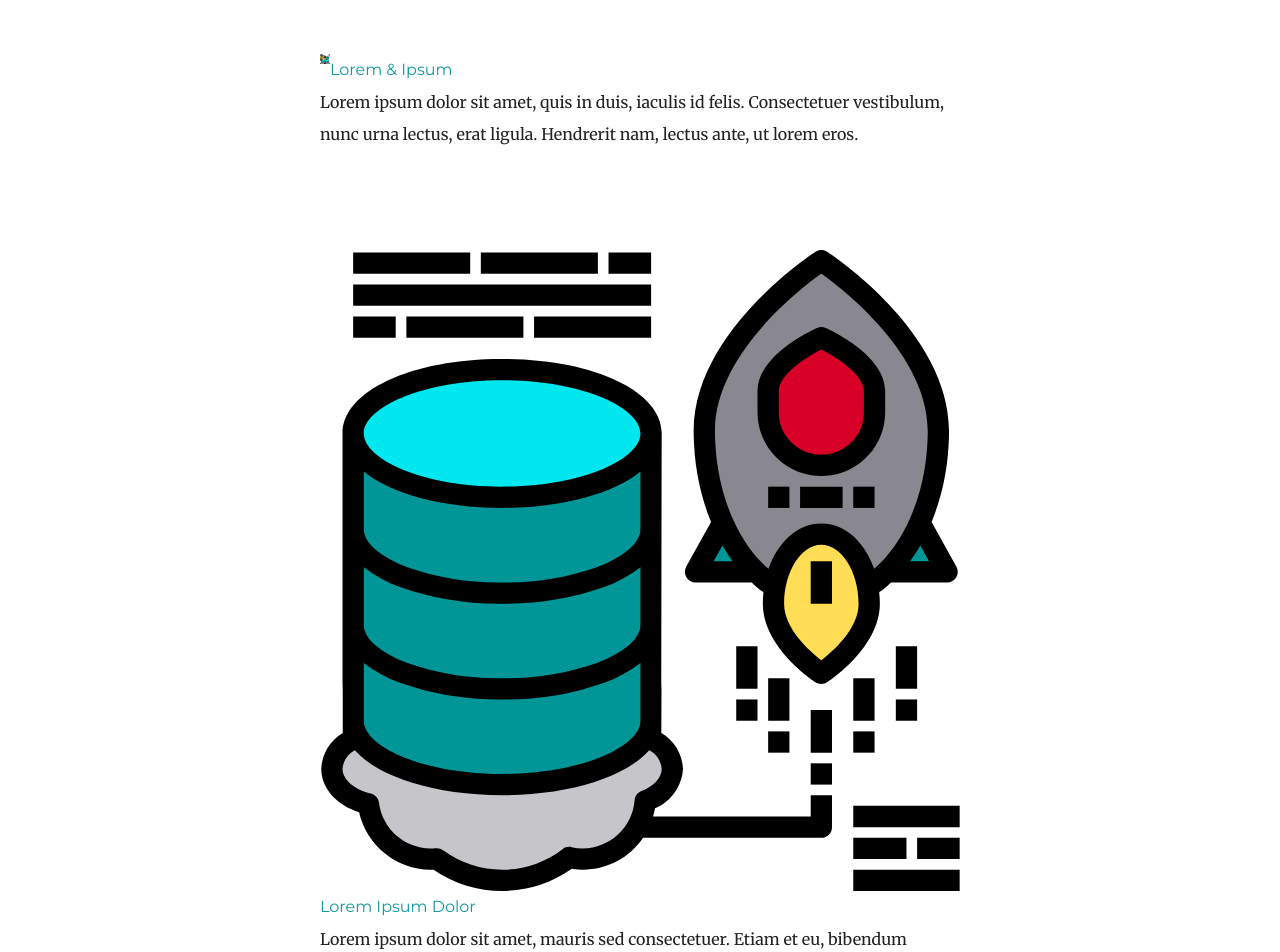
Repository: Isanderr/simple_landing_page-1
Page: index.html
The author's editor kept a copy of each file at every save. The page is drawn from the files as they stood at one save, then again after the next save.
The browser window is 1280 px wide. The pictures show the part of the page from y = 1090 to 2042 px (the page is 2309 px tall before and 1828 px after).
A picture or video elsewhere on the page could not be fetched, so the positions and the page height are approximate.

Above is the page before, as saved 2019-01-31 22:52:15.

### index.html
<!DOCTYPE html>
<html lang="en">

    <head>
        <meta charset="UTF-8">
        <meta name="viewport" content="width=device-width, initial-scale=1.0">
        <meta http-equiv="X-UA-Compatible" content="ie=edge">
        <title>CendrowskiL</title>
        <link rel="stylesheet" href="css/reset.css">
        <link rel="stylesheet" href="css/styles.css">
        <link rel="shortcut icon" href="img/favicon.ico" type="image/x-icon">
        <link href="https://fonts.googleapis.com/css?family=Merriweather|Montserrat|Sacramento" rel="stylesheet">
    </head>

    <body>
    </body>
    <div class="top-container">
        <img class="top-cloud" src="img/cloud.png" alt="cloud-image">
        <h1>I'm Luke</h1>
        <h2>a <span class="pro">pro</span>grammer.</h2>
        <img class="bottom-cloud" src="img/cloud.png" alt="cloud-image">
        <img src="img/mountain.png" alt="mountain-image">
    </div>
    <div class="middle-container">
        <div class="profile">
            <img src="img/man.svg" alt="man" class="man-img">
            <h2>Hello.</h2>
            <p>Lorem ipsum dolor sit amet, vitae volutpat, dui conubia, dolor urna. Non auctor, montes nulla
                distinctio.</p>
        </div>
        <hr>
        <div class="skills">
            <h2>My Skills.</h2>
            <div class="skill-row">
                <img class="computer-img" src="img/optimize.svg" alt="computer">
                <h3>Lorem & Ipsum</h3>
                <p>Lorem ipsum dolor sit amet, quis in duis, iaculis id felis. Consectetuer vestibulum, nunc urna
                    lectus, erat ligula. Hendrerit nam, lectus ante, ut lorem eros.</p>
            </div>
            <div class="skill-row">
                <img class="" src="img/hosting.svg" class="hosting-img" alt="rocket-databes">
                <h3>Lorem Ipsum Dolor</h3>
                <p>Lorem ipsum dolor sit amet, mauris sed consectetuer. Etiam et eu, bibendum interdum, lacus quis
                    mauris. Curabitur wisi, quisque vel eu, rutrum nam.</p>
            </div>
        </div>
        <hr>
        <div class="contact-me">
            <h2>Get In Touch</h2>
            <h3>Lorem ipsum dolor sit amet, non elit.</h3>
            <p>Lorem ipsum dolor sit amet, in quis, aenean amet. Phasellus sodales, tellus donec dui, ornare erat.</p>
            <a class="btn" href="mailto:name@email.com">CONTACT ME</a>
        </div>
    </div>
    <div class="bottom-container">
        <a class="footer-link" href="https://www.linkedin.com/">LinkedIn</a>
        <a class="footer-link" href="https://twitter.com/">Twitter</a>
        <a class="footer-link" href="https://www.appbrewery.co/">Website</a>
        <p>© 2019 Łukasz Cendrowski.</p>
    </div>
    </body>

</html>

### css/styles.css
/* font-family: 'Merriweather', serif;
font-family: 'Sacramento', cursive;
font-family: 'Montserrat', sans-serif; */

body{
    margin: 0;
    text-align: center;
    font-family: 'Merriweather', serif;
}

h1 {
    color: #66bfbf;
    margin-top: 50px auto 0 auto;
    font-family: 'Sacramento', cursive;
    font-size: 5.625rem;
}
h2 {
    font-size: 2.5rem;
    font-family: 'Montserrat', sans-serif;
    color: #66bfbf;
    font-weight: normal;
}
h3 {
    font-family: 'Montserrat', sans-serif;
    color: #11999E;
}


.top-container {
background-color: #E4f9f5;
position: relative;
padding-top: 100px;
}

.pro {
    text-decoration: underline;
}

.top-cloud{
position: absolute;
right: 300px;
top: 50px;
}
.bottom-cloud {
position: absolute;
left: 300px;
bottom: 300px;
}

.profile {
    width: 50%;
    margin: auto;
    margin: 100px auto 100px auto;
    line-height: 2;
}

.skill-row {
    width: 50%;
    margin: auto;
    margin: 100px auto 100px auto;
    text-align: left;
    line-height: 2;
}

.man-img {
width: 25%;
}

.computer-img {
    width: 10px;
    float: left;
}

.hosting-img {
    width: 25%;
}

Loaded but not shown: css/reset.css (common file)

After the next save:
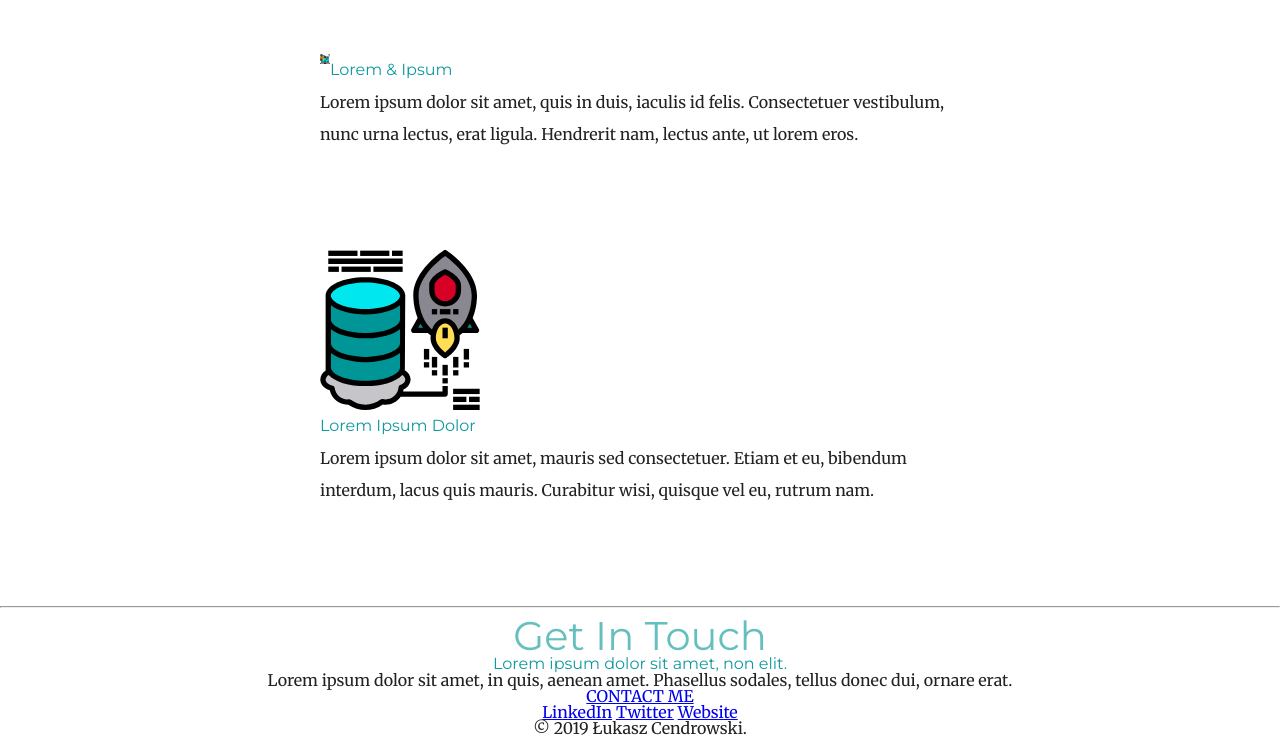
Saved 13 s later.
--- a/index.html
+++ b/index.html
@@ -38,7 +38,7 @@
                     lectus, erat ligula. Hendrerit nam, lectus ante, ut lorem eros.</p>
             </div>
             <div class="skill-row">
-                <img class="" src="img/hosting.svg" class="hosting-img" alt="rocket-databes">
+                <img src="img/hosting.svg" class="hosting-img" alt="rocket-databes">
                 <h3>Lorem Ipsum Dolor</h3>
                 <p>Lorem ipsum dolor sit amet, mauris sed consectetuer. Etiam et eu, bibendum interdum, lacus quis
                     mauris. Curabitur wisi, quisque vel eu, rutrum nam.</p>
